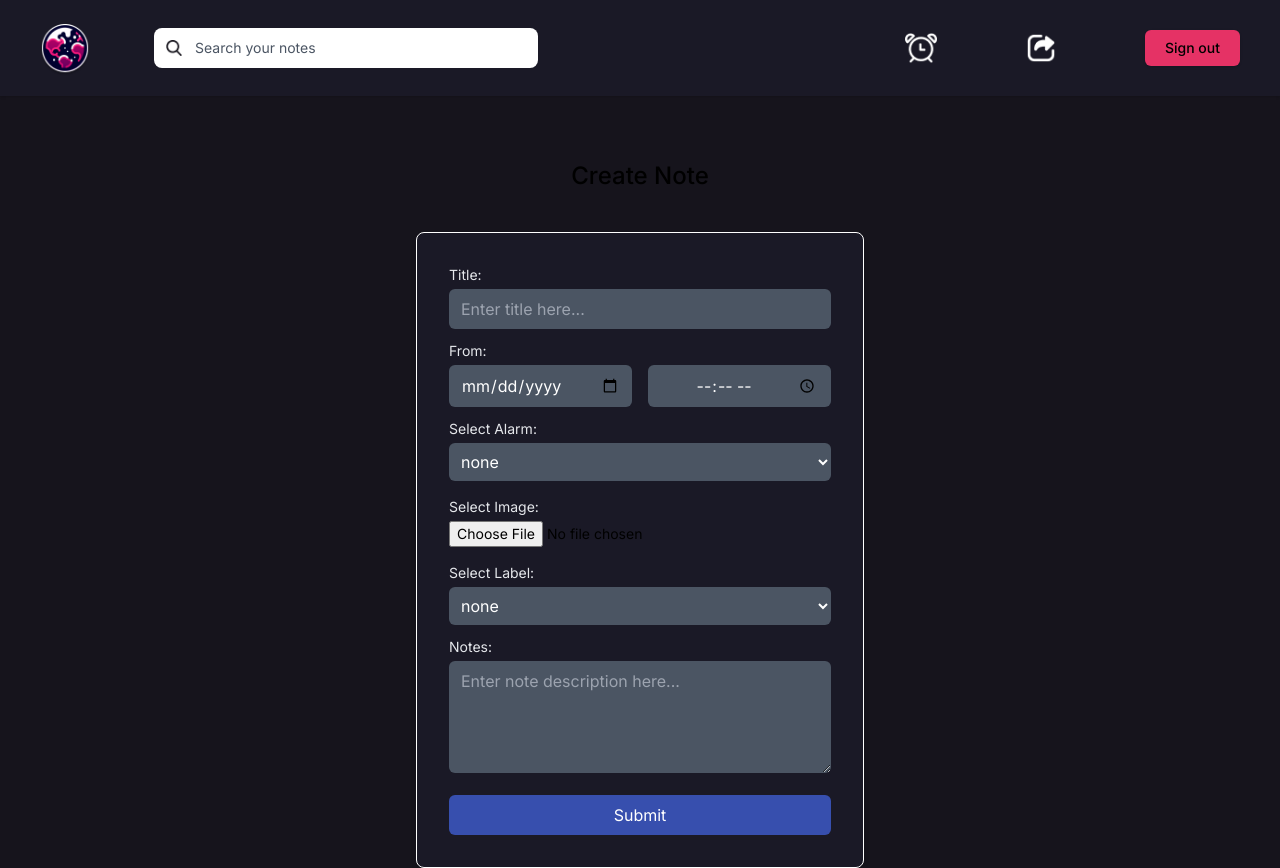
Repository: plan-it-earth/plan-it-earth
Page: /pages/calendar/createnote
An editor plug-in stored every save of this project. The page is shown before and after the next save, followed by the edit.
The browser window is 1280 px wide. The pictures show the whole page.
The project was rebuilt for these pictures with package versions that can differ from the ones it lists, and the page was loaded fresh each time. The framework's server and built-in components were replaced by stand-ins that run in the browser. Also part of the build but not shown: next.config.mjs.

Above is the page before, as saved 2024-04-18 20:15:08.

### app/layout.tsx
import type { Metadata } from "next";
import { Inter } from "next/font/google";
import "./globals.css";

import { AuthProvider } from "./lib/firebase/AuthProvider";

const inter = Inter({ subsets: ["latin"] });

export const metadata: Metadata = {
  title: "Plan-It-Earth",
  description: "Plan-It-Earth is a calendar application for professors and students",
};

export default function RootLayout({
  children,
}: Readonly<{
  children: React.ReactNode;
}>) {
  return (
    <html lang="en" className="bg-[#16141C]">
      <AuthProvider>
        <body className={inter.className}>{children}</body>
      </AuthProvider>
    </html>
  );
}

### app/pages/calendar/createnote/page.jsx
'use client';
import Header from '../../../Components/Header';
import {useState, useContext} from 'react';
import { useRouter} from 'next/navigation';
import { useCalendarApi } from '../../../lib/Context/CalendarProvider';
import { storeEvents } from '../../../lib/Hooks/dbActions';
import { getStorage, ref, uploadBytes, getDownloadURL } from "firebase/storage";
import UserContext from '../../../lib/firebase/UserContext';

const storage = getStorage();

export default function CreateNote() {
    const { userData } = useContext(UserContext);
    const [imageUrl, setImageUrl] = useState('');

    const [time, setTime] = useState('');

    const [isDateValid, setIsDateValid] = useState(true);
    const [isAlarmValid, setIsAlarmValid] = useState(true);

    const router = useRouter();
    const { calendarApi } = useCalendarApi();

    const [formData, setFormData] = useState({title: "",date: "", alarm: "", image: "", label: "", description: ""});
    const handleChange = (event) => {
        const { title, value } = event.target;
        setFormData(event.target.value);
    };

    const uploadImage = async (event) => {
        // Upload the image to Firebase storage
        const imageFile = event.target.files[0];
        const storageRef = ref(storage, userData.uid + '/' + (calendarApi.getEvents().length + 1) + '/' + imageFile.name);
        uploadBytes(storageRef, imageFile).then((snapshot) => {
            console.log('Uploaded a blob or file!');

            // Get the download URL of the uploaded image
            getDownloadURL(storageRef).then((url) => {
                setImageUrl(url.toString());
            });
        });
    }


    const handleTimeChange =(event) => {
        setFormData(prev => ({ ...prev, time: event.target.value }));
        setTime(event.target.value);
        setIsAlarmValid(true);
    };

    const handleDateChange = (event) => {
        const { name, value } = event.target;
        setFormData(prev => ({ ...prev, [name]: value }));
    };

    const validateDate = (inputDate) => {
        const input = new Date(inputDate);
        const currentDate = new Date();
        setIsDateValid(input >= currentDate);
    };

    const validateAlarm = (event) => {
        if (time === '') {
            setIsAlarmValid(false);
        }
    }

    const handleSubmit = (event) => {
        event.preventDefault();
        var title = document.getElementById("title");
        var date = document.getElementById("date");
        var alarm = document.getElementById("alarm");
        var image = document.getElementById("image");
        var label = document.getElementById("label");
        var description = document.getElementById("description");

        if(time.value) {
            let start = new Date(date.value.replace(/-/g, '\/') + "T" + time.value);

            calendarApi.addEvent({
                id: calendarApi.getEvents().length + 1,
                title: title.value,
                start: start,
                groupId: label.value,
                extendedProps: {
                    alarm: alarm.value,
                    image: imageUrl,
                    description: description.value
                },
            });
        } else {
            // All day event
            let start = new Date(date.value.replace(/-/g, '\/'));

            calendarApi.addEvent({
                id: calendarApi.getEvents().length + 1,
                title: title.value,
                start: start,
                groupId: label.value,
                allDay: 'true',
                extendedProps: {
                    alarm: alarm.value,
                    image: imageUrl,
                    description: description.value
                },
            });
        }

        console.log(
            `Title: ${title.value},
             Date: ${date.value},
             Alarm: ${alarm.value},
             Image: ${imageUrl},
             Label: ${label.value},
             Description: ${description.value}`
        );

        // Add event to database
        storeEvents(userData, calendarApi);

        router.push('/pages/calendar');
    }

    return (


        <div className="bg-[#16141C] min-h-screen ">
            <Header />
            <h2 className="flex items-center justify-center text-2xl font-medium mt-16">Create Note</h2>
            <div className="max-w-md mx-2 sm:mx-auto mt-10 p-8 bg-[#1A1926] rounded-lg shadow-md border border-white">
                <form onSubmit={handleSubmit} className="flex flex-col space-y-4">
                    <div>

                        <label className="block text-sm font-normal text-gray-200">Title:</label>
                        <input
                        id = "title"
                        type="text"
                        placeholder="Enter title here..."
                        required
                        value={formData.title}
                        onChange={handleChange}
                        className="text-white bg-gray-600 mt-1 px-3 py-2 w-full rounded-md focus:outline-none" />

                        <label className="block text-sm font-normal mt-3 text-gray-200">From:</label>
                        <div className="flex flex-row justify-between gap-4">
                            <input type="date" id="date" name="date" required value={formData.date} onChange={handleDateChange} className="text-white bg-gray-600 mt-1 px-3 py-2 rounded-md w-full dark focus:outline-none" />
                            <input type="time" id="time" name="time" value={time} onChange={handleTimeChange} className="text-white text-center bg-gray-600 mt-1 px-3 py-2 rounded-md h-full w-full focus:outline-none" />
                            {/*<input type="text" id="time" name="time" value={time} onChange={handleTimeChange} onBlur={validateTime} placeholder="12:00" className="text-white bg-gray-600 mt-1 px-3 py-2 rounded-md w-20 text-center focus:outline-none"/>
                            <select id="am/pm" className="text-white bg-gray-600 mt-1 p-2 rounded-md focus:outline-none">
                                <option value="AM">AM</option>
                                <option value="PM">PM</option>
                            </select>*/}
                        </div>
                        {isDateValid ? null : <p className="flex text-red-500 text-sm w-full m-1 justify-start">Invalid date</p>}
                        <div>
                        <label className="block text-sm font-normal mt-3 text-gray-200">Select Alarm:</label>
                            <select id="alarm" onChange={validateAlarm} className="text-white bg-gray-600 mt-1 p-2 rounded-md w-full focus:outline-none">
                                <option value="-1">none</option>
                                <option value="5">5 minutes before event</option>
                                <option value="10">10 minutes before event</option>
                                <option value="15">15 minutes before event</option>
                                <option value="60">60 minutes before event</option>
                                <option value = "1440"> 1 day before event</option>
                                <option value = "2880"> 2 days before event</option>
                                <option value = "4320"> 3 days before event</option>
                                <option value = "5760"> 4 days before event</option>
                                <option value = "7200"> 5 days before event</option>
                            </select>
                            {isAlarmValid ? null : <p className="flex text-red-500 text-sm w-full m-1 justify-start">Invalid alarm: add time</p>}
                        </div>
                    </div>
                    <div className="flex flex-col justify-center">
                        <label className="block text-sm font-normal text-gray-200">Select Image:</label>
                        <input onChange={uploadImage} type="file" id="image" name="image" accept="image/*" className="mt-1 text-sm" />
                    </div>
                    <div>
                        <label className="block text-sm font-normal text-gray-200">Select Label:</label>
                            <select id="label" className="text-white bg-gray-600 mt-1 p-2 w-full rounded-md focus:outline-none">
                                <option value="UserEvent">none</option>
                                <option value="Assignment">Assignment</option>
                                <option value="Lecture">Lecture</option>
                                <option value="Lab">Lab</option>
                                <option value="OfficeHours">Office Hours</option>
                                <option value="Quiz">Quiz</option>
                                <option value="Exam">Exam</option>
                            </select>

                        <label className="block text-sm font-normal text-gray-200 mt-3">Notes:</label>
                        <textarea
                            id="description"
                            type="text"
                            rows="4"
                            cols="30"
                            className="text-white bg-gray-600 px-3 py-2 mt-1 rounded-md w-full focus:outline-none"
                            placeholder ="Enter note description here...">
                        </textarea>
                    </div>
                    <div>
                        <button type="submit" className="bg-[#374fae] text-white w-full px-4 py-2 rounded-md hover:opacity-85 focus:outline-none">Submit</button>
                    </div>
                </form>
            </div>
        </div>

    )
}

### app/globals.css
@tailwind base;
@tailwind components;
@tailwind utilities;

:root {
  --foreground-rgb: 0, 0, 0;
  --background-start-rgb: 214, 219, 220;
  --background-end-rgb: 255, 255, 255;
}

@media (prefers-color-scheme: dark) {
  :root {
    --foreground-rgb: 255, 255, 255;
    --background-start-rgb: 0, 0, 0;
    --background-end-rgb: 0, 0, 0;
  }
}

body {
  color: rgb(var(--foreground-rgb));
  background: linear-gradient(
      to bottom,
      transparent,
      rgb(var(--background-end-rgb))
    )
    rgb(var(--background-start-rgb));
}

@layer utilities {
  .text-balance {
    text-wrap: balance;
  }
}

.buttonexportpage:hover {
  background-color: #E53265;
}

### app/lib/firebase/AuthProvider.tsx
'use client'

import React, { useState, useEffect } from 'react';
import { onAuthStateChanged, User as firebaseUser } from 'firebase/auth';
import { auth, db } from '../../../firebaseConfig';
import { doc, onSnapshot } from 'firebase/firestore';
import UserContext from './UserContext';
import { CalendarProvider } from '../Context/CalendarProvider';

export interface UserData {
    email: string;
    uid: string;
    events: "";
}

export interface AuthState {
    userData: UserData | null;
}

interface AuthProviderProps {
    children: React.ReactNode;
}

export const AuthProvider = ({ children }: AuthProviderProps) => {
    const [userData, setUserData] = useState<AuthState>({ userData: null});

    useEffect(() => {
        const unsubscribe = onAuthStateChanged(auth, async (user: firebaseUser | null) => {
            try {
                // If user is logged in, get user data from firestore
                if (user) {
                    const uid = user.uid;
                    const userRef = doc(db, 'users', uid);
                    const unsubscribeUser = onSnapshot(userRef, (doc) => {
                        const userData = doc.exists() ? {...doc.data(), uid} as UserData : null;
                        setUserData({ userData });
                    });
                    return () => unsubscribeUser();
                } else {
                    setUserData({ userData: null });
                    return () => {};
                }
            } catch (error) {
                console.log("Error getting user data: ", error);
            }
        });
        return () => unsubscribe();
    }, []);
    return (
        <UserContext.Provider value={userData}>
            <CalendarProvider>
                {children}
            </CalendarProvider>
        </UserContext.Provider>
    )
}

### app/Components/Header.tsx
'use client';
import React, { useState, useEffect } from 'react';
import ReactDOM from 'react-dom';
import Image from 'next/image';
import { useRouter } from 'next/navigation';

import Search from './Search';

import logo from '../Images/headerlogo.png';
import alarm from '../Images/headeralarm.png';
import share from '../Images/headershare.png';

import { getAuth, signOut } from "firebase/auth";

function logOut() {
    const auth = getAuth();
    signOut(auth).then(() => {
        console.log("User signed out");
    }).catch((error) => {
        console.log("Error signing out: ", error);
    });

    console.log("Sign out clicked");
    location.href = "/";
}

export default function Header() {
    const router = useRouter();

    const routeToAlarm = () => {
        router.push('/pages/alarm')
    }

    const routeToExportOrShare = () => {
        router.push('/pages/exportorshare')
    }

    const routeToCalendar = () => {
        router.push('/pages/calendar')
    }

    return (
        <div className="flex h-24 w-full px-2 py-5 bg-[#1A1926] shadow justify-around md:px-10">
            <Image onClick={routeToCalendar} src={logo} alt="Plan-It-Earth" height={50} width={50} className="h-30 w-30 mt-1 cursor-pointer hover:opacity-85 md:h-35 md:h-35"/>
            {/*<div className="hidden w-24 lg:block"></div>*/}
            <Search />
            <div className="flex flex-row h-full items-center space-x-2 md:gap-20">
                <Image onClick={routeToAlarm} src={alarm} alt="Alarm" height={35} width={35} className="h-8 w-8 cursor-pointer hover:opacity-85"/>
                <Image onClick={routeToExportOrShare} src={share} alt="Share" height={35} width={35} className="h-8 w-8 cursor-pointer hover:opacity-85"/>
                <button onClick={() => logOut()} className="px-3 py-2 rounded-md text-xs font-medium bg-[#E53265] outline-none border-none shadow hover:brightness-110 md:px-5 md:py-2 md:text-sm">Sign out</button>
            </div>
        </div>
    )
}

### app/lib/Context/CalendarProvider.tsx
import React, { createContext, useContext, useState, ReactNode, RefObject } from 'react';

interface CalendarProviderProps {
    children: ReactNode;
}

interface CalendarContextType {
    calendarApi: any;
    setCalendarApi: (api: any) => void;
}

const CalendarContext = createContext<CalendarContextType | null>(null);

export const CalendarProvider: React.FC<CalendarProviderProps> = ({ children }) => {
    const [calendarApi, setCalendarApi] = useState<any>(null);

    return (
        <CalendarContext.Provider value={{ calendarApi, setCalendarApi }}>
            {children}
        </CalendarContext.Provider>
    );
};

export const useCalendarApi = () => {
    const context = useContext(CalendarContext);
    if (context === null) {
        throw new Error('useCalendarRef must be used within a CalendarProvider');
    }
    return context;
};

### app/lib/firebase/UserContext.tsx
import { createContext } from "react";
import { AuthState } from './AuthProvider';

const UserContext = createContext<AuthState>({ userData: null });

export default UserContext;

### firebaseConfig.ts
// Import firebase modules
import 'firebase/firestore';
import 'firebase/auth';
import 'firebase/storage';
// Import the functions you need from the SDKs you need
import { initializeApp } from "firebase/app";
import { getFirestore } from 'firebase/firestore';
import { getAuth } from 'firebase/auth';
import { getStorage } from 'firebase/storage';
// TODO: Add SDKs for Firebase products that you want to use
// https://firebase.google.com/docs/web/setup#available-libraries

// Your web app's Firebase configuration
// For Firebase JS SDK v7.20.0 and later, measurementId is optional
const firebaseConfig = {
  apiKey: "AIzaSyBZBzlYp8KR-bJDEJVVbYroSMxS-GXYmR8",
  authDomain: "plan-it-earth-94b85.firebaseapp.com",
  projectId: "plan-it-earth-94b85",
  storageBucket: "plan-it-earth-94b85.appspot.com",
  messagingSenderId: "97255809349",
  appId: "1:97255809349:web:8b9f6ed7ba990714221e2c",
  measurementId: "G-WXFLGQPQ1S"
};

// Initialize Firebase
const app = initializeApp(firebaseConfig);
export const db = getFirestore(app);
export const auth = getAuth(app);
export const storage = getStorage(app);

### app/Components/Search.tsx
'use client';
import React, { useState } from 'react';
import Image from 'next/image';
import { useRouter} from 'next/navigation';

import search from '../Images/search.png';

export default function Search() {
    const [searchInput, setSearchInput] = useState('');
    const router = useRouter();

    const handleSubmit = (event:any) => {
        event.preventDefault();
        router.push(`/pages/search?search=${encodeURIComponent(searchInput)}`);
    };

    const handleInputChange = (event:any) => {
        setSearchInput(event.target.value);
    };

    return (
        <form onSubmit={handleSubmit} className="flex flex-row mx-auto h-10 w-36 items-center gap-2 self-center bg-[#fff] rounded-lg md:w-96 sm:w-80 md:gap-4 md:ml-16">
            <button type="submit" className="border-none bg-none">
                <Image src={search} alt='Search' height={18} width={18} className="h-4 w-4 ml-2 cursor-pointer md:ml-3"/>
            </button>
            <input onChange={handleInputChange} type='text' placeholder="Search your notes" className="w-full text-black placeholder-gray-600 text-xs outline-none border-none md:text-sm"/>
        </form>
    )
}

Loaded but not shown: app/lib/Hooks/dbActions.js (library); tailwind.config.ts (common file)

After the next save:
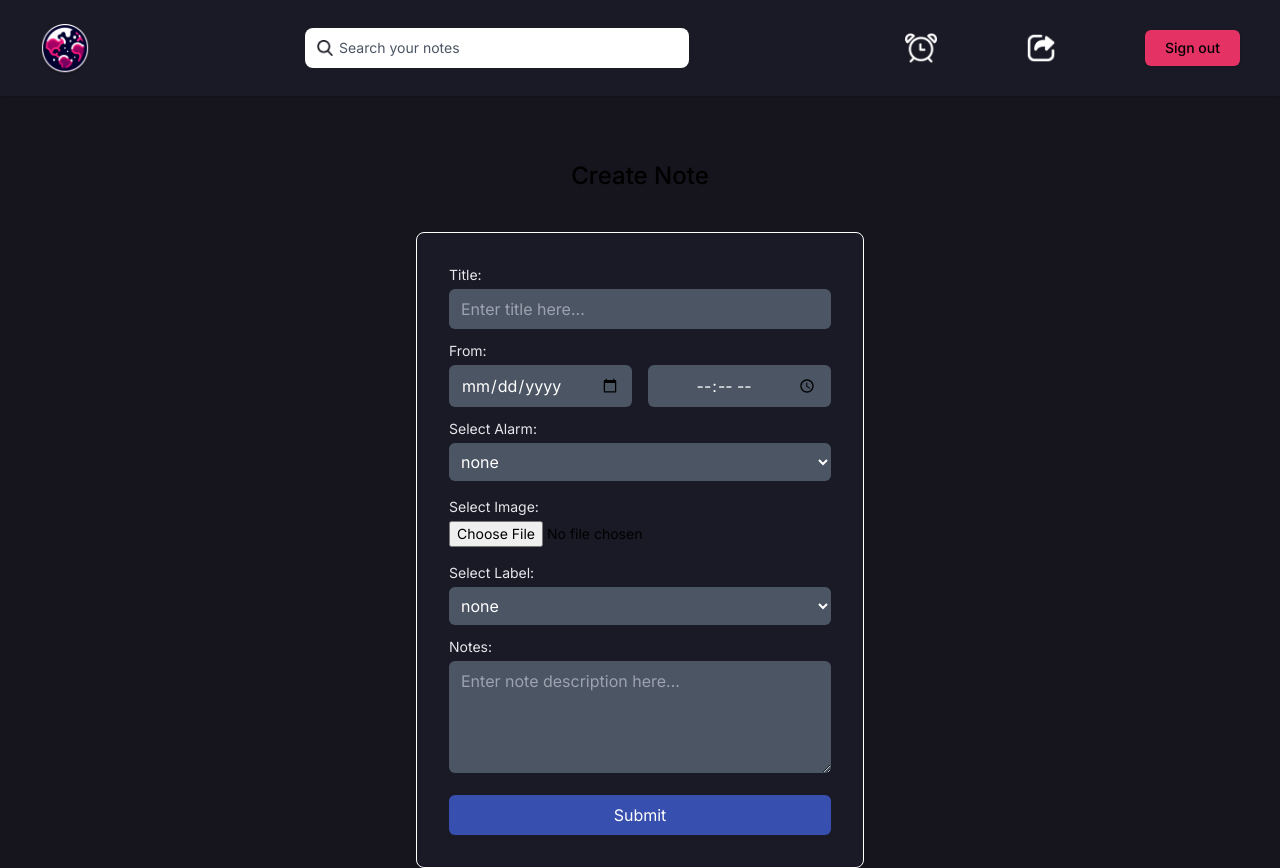
Saved 16 s later.
--- a/app/Components/Search.tsx
+++ b/app/Components/Search.tsx
@@ -19,7 +19,7 @@ export default function Search() {
     };
 
     return (
-        <form onSubmit={handleSubmit} className="flex flex-row mx-auto h-10 w-36 items-center gap-2 self-center bg-[#fff] rounded-lg md:w-96 sm:w-80 md:gap-4 md:ml-16">
+        <form onSubmit={handleSubmit} className="flex flex-row mx-auto h-10 w-36 items-center gap-2 self-center bg-[#fff] rounded-lg md:w-96 sm:w-80">
             <button type="submit" className="border-none bg-none">
                 <Image src={search} alt='Search' height={18} width={18} className="h-4 w-4 ml-2 cursor-pointer md:ml-3"/>
             </button>
